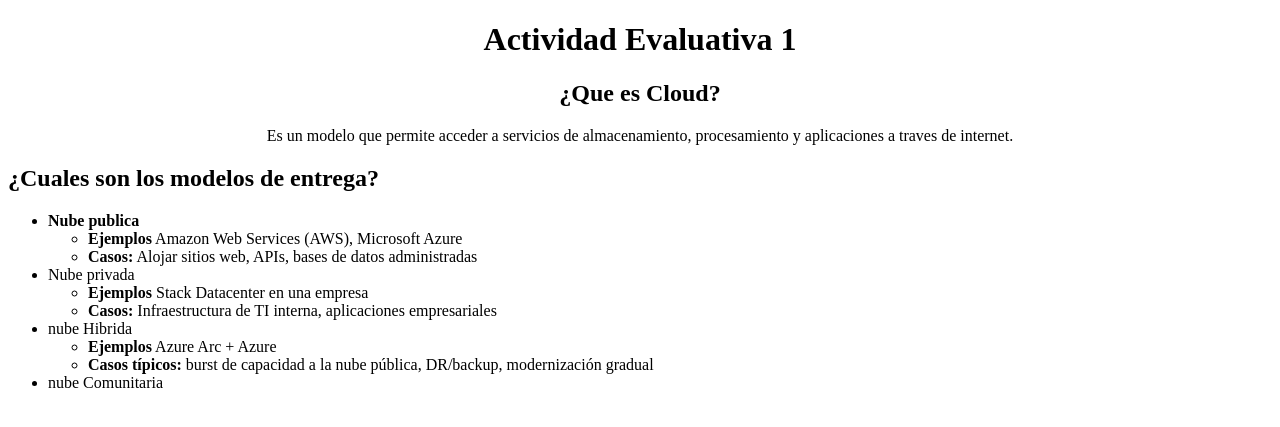
Repository: Laura-Oliveros/Actividad-Evaluativa-1
Page: LauSebas.html
The author's editor kept a copy of each file at every save. The page is drawn from the files as they stood at one save, then again after a run of saves.
The browser window is 1280 px wide. The pictures show the whole page.

Above is the page before, as saved 2025-09-04 19:05:51.

### LauSebas.html
<!DOCTYPE html>
<html lang="en">
<head>
    <meta charset="UTF-8">
    <meta name="viewport" content="width=device-width, initial-scale=1.0">
    <title>Actividad Evaluativa 1</title>
</head>
<body>
    <div class="contenedor" style="text-align: center;">
        <h1>Actividad Evaluativa 1</h1>
        <h2>¿Que es Cloud?</h2>
        <p>Es un modelo que permite acceder a servicios de almacenamiento, procesamiento y aplicaciones a traves de internet.</p>
    </div>

    <div class="contenedor" style="text-align: left;">
        <h2>¿Cuales son los modelos de entrega?</h2>
        <ul>
            <li><strong>Nube publica</strong></li>
            <ul>
                <li><strong>Ejemplos</strong> Amazon Web Services (AWS), Microsoft Azure</li>
                <li><strong>Casos:</strong> Alojar sitios web, APIs, bases de datos administradas</li>
            </ul>

            <li>Nube privada</li>
            <ul>
                <li><strong>Ejemplos</strong> Stack Datacenter en una empresa</li>
                <li><strong>Casos:</strong> Infraestructura de TI interna, aplicaciones empresariales</li>
            </ul>

            <li>nube Hibrida</li>
            <ul>
                <li><strong>Ejemplos</strong> Azure Arc + Azure</li>
                <li><strong>Casos típicos:</strong> burst de capacidad a la nube pública, DR/backup, modernización gradual</li>
            </ul>
            <li>nube Comunitaria</li>
        </ul>

</body>
</html>

After the next 2 saves:
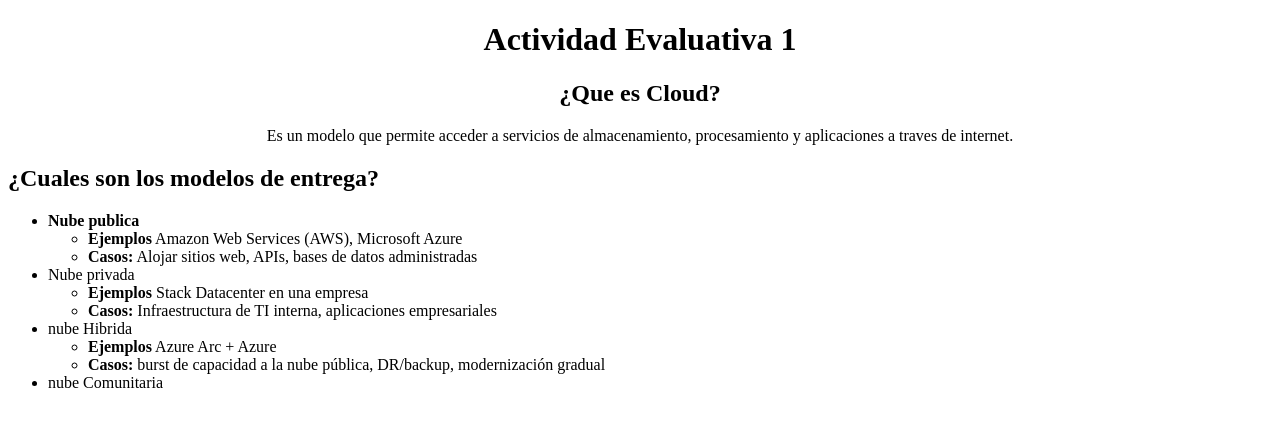
The 2 saves are shown as one change because they came seconds apart.
The last was saved 6 s later.
--- a/LauSebas.html
+++ b/LauSebas.html
@@ -30,7 +30,7 @@
             <li>nube Hibrida</li>
             <ul>
                 <li><strong>Ejemplos</strong> Azure Arc + Azure</li>
-                <li><strong>Casos típicos:</strong> burst de capacidad a la nube pública, DR/backup, modernización gradual</li>
+                <li><strong>Casos:</strong> burst de capacidad a la nube pública, DR/backup, modernización gradual</li>
             </ul>
             <li>nube Comunitaria</li>
         </ul>
